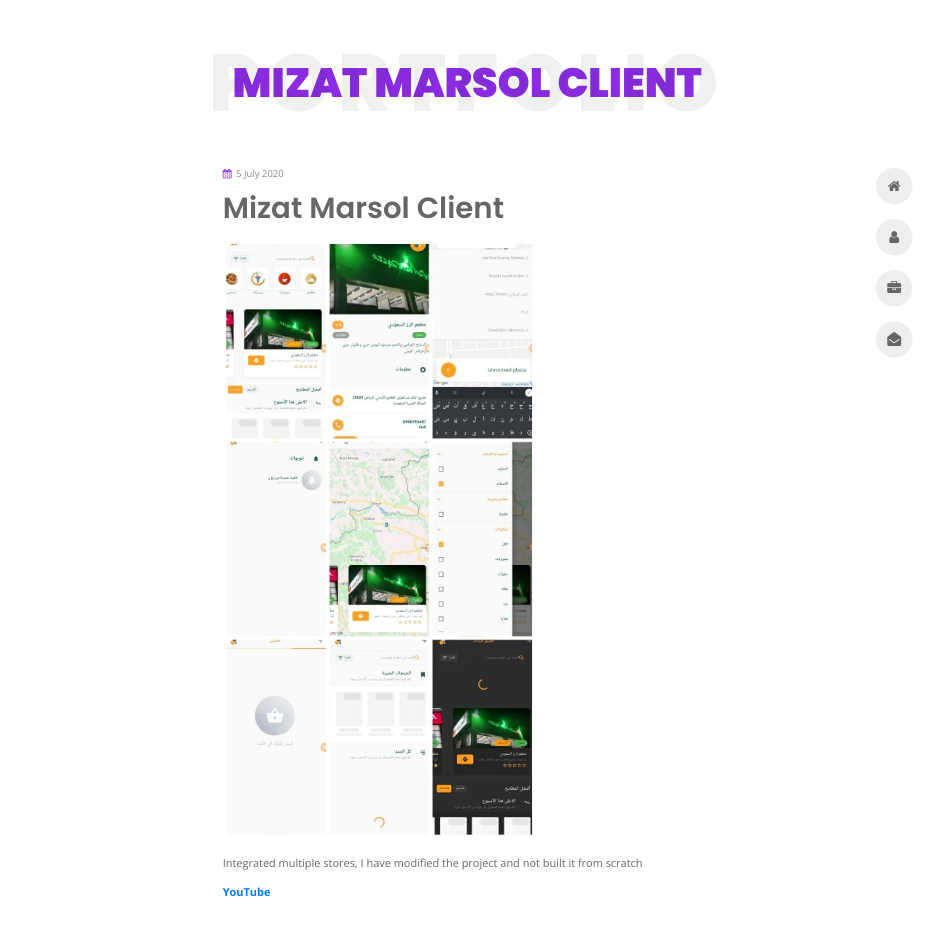
Repository: mhamdimno/mywebsite
Page: projects/shpino_ecommerce/index.html
These files come from the project's save history. The page is drawn as it stood at one moment and after the next save; the edit follows.
The browser window is 1280 px wide. The pictures show the whole page, at 73% of full size.

Above is the page before, as saved 2021-01-31 08:32:29.

### projects/shpino_ecommerce/index.html
<!DOCTYPE html>
<html lang="en">

<head>
    <meta charset="utf-8">
    <title>Portfoilio | Mizat Marsol Client</title>
    <meta name="viewport" content="width=device-width, initial-scale=1">

    <!-- Template Google Fonts -->
    <link href="https://fonts.googleapis.com/css?family=Poppins:400,400i,500,500i,600,600i,700,700i,800,800i,900,900i" rel="stylesheet">
    <link href="https://fonts.googleapis.com/css?family=Open+Sans:300,400,400i,600,600i,700" rel="stylesheet">

    <!-- Template CSS Files -->
    <link href="../../css/bootstrap.min.css" rel="stylesheet">
    <link href="../../css/preloader.min.css" rel="stylesheet">
    <link href="../../css/circle.css" rel="stylesheet">
    <link href="../../css/font-awesome.min.css" rel="stylesheet">
    <link href="../../css/fm.revealator.jquery.min.css" rel="stylesheet">
    <link href="../../css/style.css" rel="stylesheet">



    <!-- Modernizr JS File -->
    <script src="../../js/modernizr.custom.js"></script>
</head>

<body class="blog-post light">
<!-- Header Starts -->
<header class="header" id="navbar-collapse-toggle">
    <!-- Fixed Navigation Starts -->
    <ul class="icon-menu d-none d-lg-block revealator-slideup revealator-once revealator-delay1">
        <li class="icon-box">
            <i class="fa fa-home"></i>
            <a href="../../index.html">
                <h2>Home</h2>
            </a>
        </li>
        <li class="icon-box">
            <i class="fa fa-user"></i>
            <a href="../../about.html">
                <h2>About</h2>
            </a>
        </li>
        <li class="icon-box">
            <i class="fa fa-briefcase"></i>
            <a href="../../portfolio.html">
                <h2>Portfolio</h2>
            </a>
        </li>
        <li class="icon-box">
            <i class="fa fa-envelope-open"></i>
            <a href="../../contact.html">
                <h2>Contact</h2>
            </a>
        </li>
    </ul>
    <!-- Fixed Navigation Ends -->
    <!-- Mobile Menu Starts -->
    <nav role="navigation" class="d-block d-lg-none">
        <div id="menuToggle">
            <input type="checkbox" />
            <span></span>
            <span></span>
            <span></span>
            <ul class="list-unstyled" id="menu">
                <li><a href="../../index.html"><i class="fa fa-home"></i><span>Home</span></a></li>
                <li><a href="../../about.html"><i class="fa fa-user"></i><span>About</span></a></li>
                <li><a href="../../portfolio.html"><i class="fa fa-folder-open"></i><span>Portfolio</span></a></li>
                <li><a href="../../contact.html"><i class="fa fa-envelope-open"></i><span>Contact</span></a></li>
            </ul>
        </div>
    </nav>
    <!-- Mobile Menu Ends -->
</header>
<!-- Header Ends -->
<!-- Page Title Starts -->
<section class="title-section text-left text-sm-center revealator-slideup revealator-once revealator-delay1">
    <h1><span>Mizat Marsol Client</span></h1>
    <span class="title-bg">Portfolio</span>
</section>
<!-- Page Title Ends -->
<!-- Main Content Starts -->
<section class="main-content revealator-slideup revealator-once revealator-delay1">
    <div class="container">
        <div class="row">
            <!-- Article Starts -->
            <article class="col-12">
                <!-- Meta Starts -->
                <div class="meta open-sans-font">
                    <span class="date"><i class="fa fa-calendar"></i> 5 July 2020</span>
                    <span></span>
                </div>
                <!-- Meta Ends -->
                <!-- Article Content Starts -->
                    <h1 class="text-uppercase text-capitalize">Mizat Marsol Client</h1>

                <img src="../../img/projects/mizat_marsol_client.jpg" class="img-fluid" alt="Blog image"/>
                <div class="blog-excerpt open-sans-font pb-5">
                    <p>Integrated multiple stores, I have modified the project and not built it from scratch</p>

                    <p>
                        <strong><a href="https://youtu.be/a2BG0O8vKaI" target="_blank">YouTube</a></strong>

                        <!--<div class="videoWrapper">
                            <iframe width="560" height="349" src="https://www.youtube.com/watch?v=rwyUKQitc4o&feature=youtu.be" frameborder="0" allowfullscreen></iframe>
                          </div>-->
                    </p>

                </div>
                <!-- Article Content Ends -->
            </article>
            <!-- Article Ends -->
        </div>
    </div>
</section>
<!-- Template JS Files -->
<script src="../../js/jquery-3.5.0.min.js"></script>
<script src="../../js/styleswitcher.js"></script>
<script src="../../js/preloader.min.js"></script>
<script src="../../js/fm.revealator.jquery.min.js"></script>
<script src="../../js/imagesloaded.pkgd.min.js"></script>
<script src="../../js/masonry.pkgd.min.js"></script>
<script src="../../js/classie.js"></script>
<script src="../../js/cbpGridGallery.js"></script>
<script src="../../js/jquery.hoverdir.js"></script>
<script src="../../js/popper.min.js"></script>
<script src="../../js/bootstrap.js"></script>
<script src="../../js/custom.js"></script>

</body>

</html>

Loaded but not shown: css/bootstrap.min.css (library); css/preloader.min.css (common file); css/font-awesome.min.css (library); css/fm.revealator.jquery.min.css (common file); js/modernizr.custom.js (library); js/jquery-3.5.0.min.js (library); js/preloader.min.js (common file); js/fm.revealator.jquery.min.js (common file); js/imagesloaded.pkgd.min.js (library); js/masonry.pkgd.min.js (library); js/jquery.hoverdir.js (library); js/popper.min.js (library); js/bootstrap.js (library); js/cbpGridGallery.js (364 lines, source omitted); js/styleswitcher.js (218 lines, source omitted); js/custom.js (142 lines, source omitted); js/classie.js (68 lines, source omitted); css/style.css (1791 lines, source omitted); css/circle.css (1054 lines, source omitted)

After the next save:
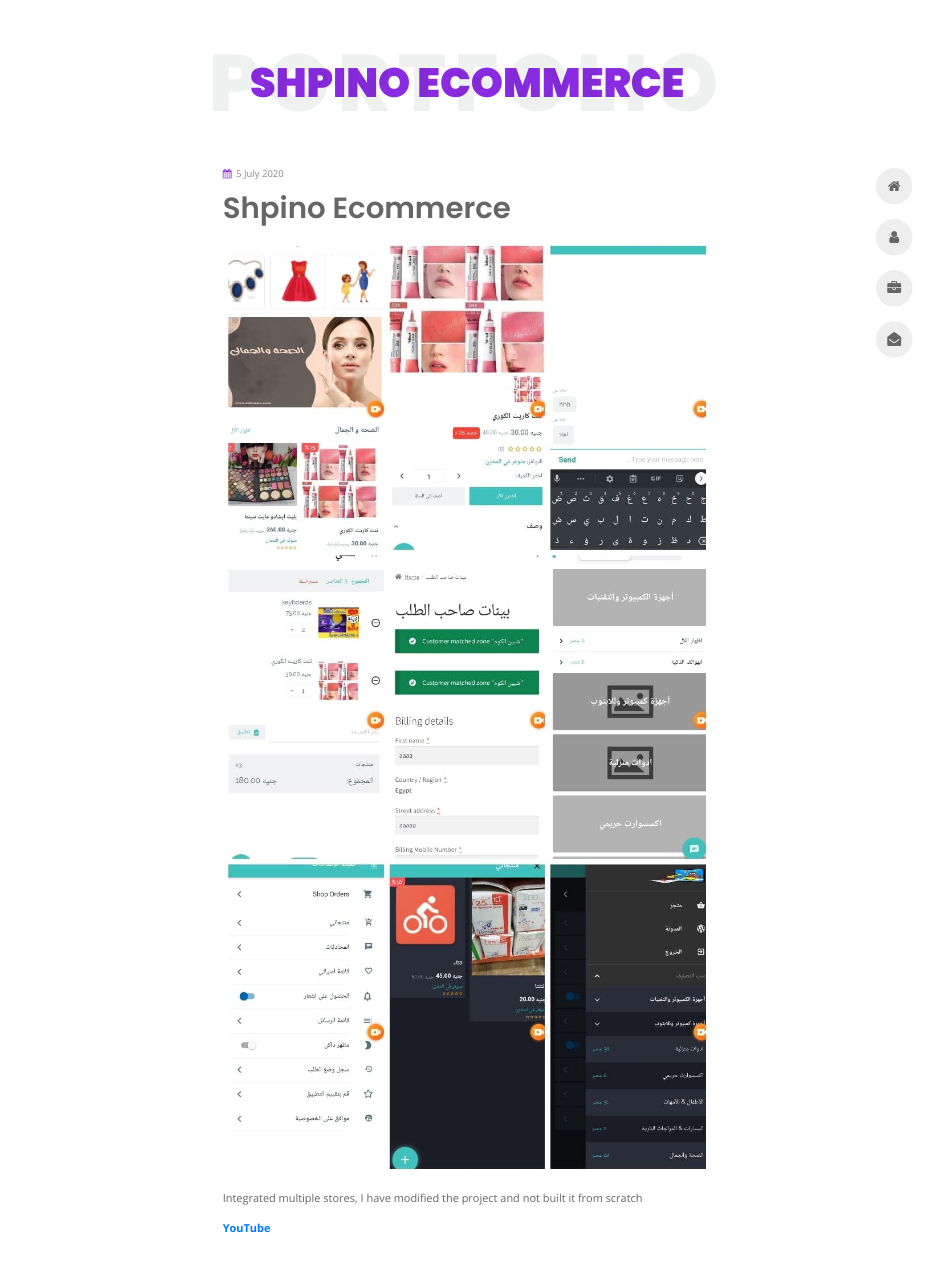
Saved 107 s later.
--- a/projects/shpino_ecommerce/index.html
+++ b/projects/shpino_ecommerce/index.html
@@ -3,7 +3,7 @@
 
 <head>
     <meta charset="utf-8">
-    <title>Portfoilio | Mizat Marsol Client</title>
+    <title>Portfoilio | Shpino Ecommerce</title>
     <meta name="viewport" content="width=device-width, initial-scale=1">
 
     <!-- Template Google Fonts -->
@@ -75,7 +75,7 @@
 <!-- Header Ends -->
 <!-- Page Title Starts -->
 <section class="title-section text-left text-sm-center revealator-slideup revealator-once revealator-delay1">
-    <h1><span>Mizat Marsol Client</span></h1>
+    <h1><span>Shpino Ecommerce</span></h1>
     <span class="title-bg">Portfolio</span>
 </section>
 <!-- Page Title Ends -->
@@ -92,9 +92,9 @@
                 </div>
                 <!-- Meta Ends -->
                 <!-- Article Content Starts -->
-                    <h1 class="text-uppercase text-capitalize">Mizat Marsol Client</h1>
+                    <h1 class="text-uppercase text-capitalize">Shpino Ecommerce</h1>
 
-                <img src="../../img/projects/mizat_marsol_client.jpg" class="img-fluid" alt="Blog image"/>
+                <img src="../../img/projects/shpino_ecommerce.jpg" class="img-fluid" alt="Blog image"/>
                 <div class="blog-excerpt open-sans-font pb-5">
                     <p>Integrated multiple stores, I have modified the project and not built it from scratch</p>
 
